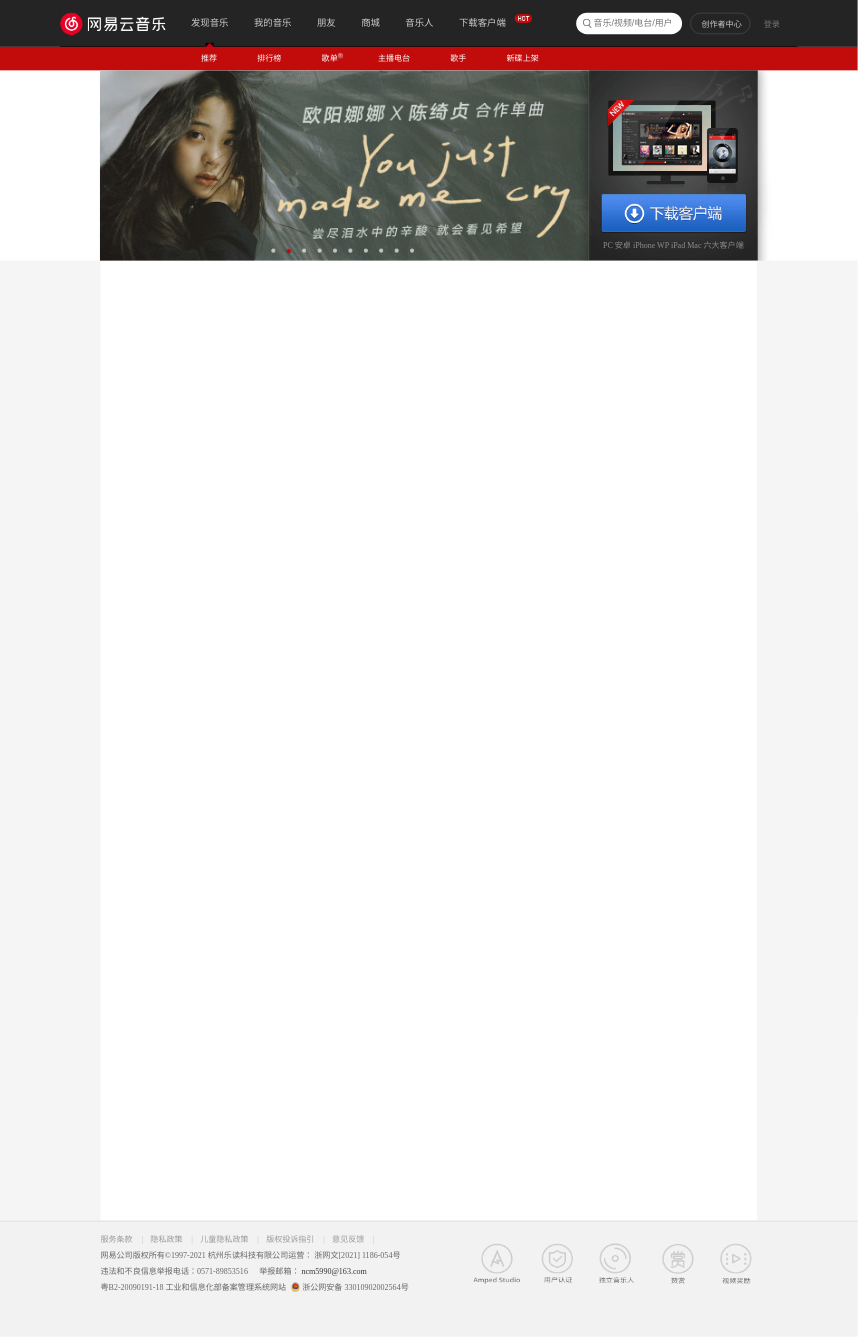
Repository: changfeng5/cat
Page: cat/index.html
The author's editor kept a copy of each file at every save. The page is drawn from the files as they stood at one save, then again after the next save.
The browser window is 1280 px wide. The pictures show the whole page, at 67% of full size.

Above is the page before, as saved 2021-05-01 00:38:53.

### cat/index.html
<!DOCTYPE html>
<html lang="en">

<head>
  <meta charset="UTF-8" />
  <meta http-equiv="X-UA-Compatible" content="IE=edge" />
  <meta name="viewport" content="width=device-width, initial-scale=1.0" />
  <title>网易云音乐</title>
  <link rel="shortcut icon" href="favicon.ico" />
  <link rel="stylesheet" href="css/style.css" />
  <script src="js/animate.js"></script>
  <script src="js/index.js"></script>
</head>

<body>
  <!-- 头部导航栏 -->
  <div class="header-wrapper">
    <!-- 导航栏 -->
    <div class="nav-wrapper">
      <div class="nav">
        <div class="logo">
          <a href="#"></a>
        </div>
        <ul>
          <li>
            <a href="#">
              <p>发现音乐</p>
              <sub></sub>
            </a>
          </li>
          <li>
            <a href="#">
              <p>我的音乐</p>
            </a>
          </li>
          <li>
            <a href="#">
              <p>朋友</p>
            </a>
          </li>
          <li>
            <a href="#">
              <p>商城</p>
            </a>
          </li>
          <li>
            <a href="#">
              <p>音乐人</p>
            </a>
          </li>
          <li class="lst">
            <a href="#">
              <p>下载客户端</p>
              <span></span>
            </a>
          </li>
        </ul>
        <div class="login">
          <a href="#">登录</a>
          <div class="inner">
            <div class="arr"></div>
          </div>
        </div>
        <div class="creator-center">
          <a href="#">创作者中心</a>
        </div>
        <div class="srch">
          <span></span>
          <input type="text" placeholder="音乐/视频/电台/用户">
        </div>
      </div>
    </div>
    <!-- 子导航栏 -->
    <div class="subnav-wrapper">
      <div class="subnav">
        <ul>
          <li>
            <a href="#">
              <p>推荐</p>
            </a>
          </li>
          <li>
            <a href="#">
              <p>排行榜</p>
            </a>
          </li>
          <li>
            <a href="#">
              <p>歌单<span></span></p>
            </a>
          </li>
          <li>
            <a href="#">
              <p>主播电台</p>
            </a>
          </li>
          <li>
            <a href="#">
              <p>歌手</p>
            </a>
          </li>
          <li>
            <a href="#">
              <p>新碟上架</p>
            </a>
          </li>
        </ul>
      </div>
    </div>
  </div>
  <!-- 推荐-轮播图 -->
  <div class="banner_wrpper">
    <div class="banner">
      <div class="banl">
        <!-- 左按钮 -->
        <a href="javascript:;" class="arrowl"></a>
        <!-- 右按钮 -->
        <a href="javascript:;" class="arrowr"></a>
        <div class="hid">
          <ul>
            <li><a href="#"><img src="images/l1.jpg" alt=""></a></li>
            <li><a href="#"><img src="images/l2.jpg" alt=""></a></li>
            <li><a href="#"><img src="images/l3.jpg" alt=""></a></li>
            <li><a href="#"><img src="images/l4.jpg" alt=""></a></li>
            <li><a href="#"><img src="images/l5.jpg" alt=""></a></li>
            <li><a href="#"><img src="images/l6.jpg" alt=""></a></li>
            <li><a href="#"><img src="images/l7.jpg" alt=""></a></li>
            <li><a href="#"><img src="images/l8.jpg" alt=""></a></li>
            <li><a href="#"><img src="images/l9.jpg" alt=""></a></li>
            <li><a href="#"><img src="images/l10.jpg" alt=""></a></li>
          </ul>
        </div>
        <!-- 小圆点 -->
        <ol>
          <li></li>
          <li></li>
          <li></li>
          <li></li>
          <li></li>
          <li></li>
          <li></li>
          <li></li>
          <li></li>
          <li></li>
        </ol>
      </div>
      <div class="banr">
        <a href="#"></a>
        <p>PC 安卓 iPhone WP iPad Mac 六大客户端</p>
        <span class="shadow_l"></span>
        <span class="shadow_r"></span>
      </div>
    </div>
  </div>

  <!-- 推荐-内容 -->
  <div class="main-wrapper">
    <div class="main">

    </div>
  </div>

  <!-- 底部 -->
  <div class="ft-wrapper">
    <div class="ft">
      <div class="copy">
        <p class="link">
          <a href="#" class="fc1">服务条款</a>
          <span class="line">|</span>
          <a href="#" class="fc1">隐私政策</a>
          <span class="line">|</span>
          <a href="#" class="fc1">儿童隐私政策</a>
          <span class="line">|</span>
          <a href="#" class="fc1">版权投诉指引</a>
          <span class="line">|</span>
          <a href="#" class="fc1">意见反馈</a>
          <span class="line">|</span>
        </p>
        <p class="fc2">
          <span>网易公司版权所有©1997-2021</span>
          <span>杭州乐读科技有限公司运营：</span>
          <a href="#">浙网文[2021] 1186-054号</a>
        </p>
        <p class="fc2">
          <span class="fc2-1">违法和不良信息举报电话：0571-89853516</span>
          <span>举报邮箱：</span>
          <a href="#" class="email">ncm5990@163.com</a>
        </p>
        <p class="fc2">
          <a href="#">粤B2-20090191-18 工业和信息化部备案管理系统网站</a>
          <a href="#">
            <span class="police-logo"></span>
            <span>浙公网安备 33010902002564号</span>
          </a>
        </p>
      </div>
      <ul>
        <li>
          <a href="#" class="ft-logo1"></a>
          <span class="ft-tt1"></span>
        </li>
        <li>
          <a href="#" class="ft-logo2"></a>
          <span class="ft-tt2"></span>
        </li>
        <li>
          <a href="#" class="ft-logo3"></a>
          <span class="ft-tt3"></span>
        </li>
        <li>
          <a href="#" class="ft-logo4"></a>
          <span class="ft-tt4"></span>
        </li>
        <li>
          <a href="#" class="ft-logo5"></a>
          <span class="ft-tt5"></span>
        </li>
      </ul>
    </div>
  </div>

  <!-- 回到顶部 -->
  <a href="#" class="back" title="回到顶部"></a>

  <!-- 底部播放条 -->
  <div class="player_w">
    <div class="player">
      <div class="updn"></div>
      <div class="bg"></div>
      <div class="hand"></div>
      <div class="player_m">

      </div>
    </div>
  </div>
</body>

</html>

### cat/css/style.css
* {
  margin: 0;
  padding: 0;
}

li {
  list-style: none;
}

a {
  text-decoration: none;
}

body {
  font-size: 12px;
  color: #333;
}

html {
  min-width: 1100px;
}

/* 主导航栏 */

.nav-wrapper {
  height: 70px;
  background: #242424;
}

.nav {
  margin: 0 auto;
  width: 1100px;
  height: 70px;
  box-sizing: border-box;
  background: #242424;
  border-bottom: 1px solid #000;
}

/* 网易云logo */
.nav .logo {
  float: left;
  width: 176px;
  height: 69px;
  background: url(../images/1.png) no-repeat;
  background-position: 0 0;
}

.nav .logo a {
  float: left;
  width: 157px;
  height: 100%;
  padding-right: 20px;
}

.nav ul li {
  float: left;
}

.nav ul li a {
  float: left;
  height: 100%;
  padding: 0 19px;
}

.nav ul li a:hover {
  background: #000;
  color: #fff;
}

.nav ul li a p {
  display: inline-block;
  height: 100%;
  line-height: 69px;
  font-size: 14px;
  color: #ccc;
}

.nav ul li sub {
  position: absolute;
  left: 50%;
  top: 64px;
  width: 12px;
  height: 7px;
  margin-left: -6px;
  overflow: hidden;
  background: url(../images/1.png) no-repeat;
  background-position: -226px 0;
}

.nav ul li {
  position: relative;
}

.nav ul .lst span {
  position: absolute;
  top: 21px;
  left: 100px;
  width: 28px;
  height: 19px;
  background: url(../images/1.png) no-repeat;
  background-position: -190px 0;
}

.nav .login {
  position: relative;
}

.nav .login a {
  float: right;
  width: 28px;
  height: 16px;
  margin: 27px 22px 0 20px;
  color: #787878;
}

.nav .login a:hover {
  color: #666;
  text-decoration: underline;
}

.nav .login .inner {
  display: none;
  position: absolute;
  top: 58px;
  right: -43px;
  width: 158px;
  background: #202020;
  border: 1px solid #202020;
}

.nav .login .inner .arr {
  position: absolute;
  top: -8px;
  left: 50%;
  width: 14px;
  height: 8px;
  margin-left: -7px;
  background: url(../images/2.png) no-repeat;
  background-position: -20px 0;
}

.nav .login:hover .inner {
  display: block;
}

.nav .creator-center a {
  float: right;
  width: 90px;
  height: 32px;
  margin: 19px 0 0 12px;
  box-sizing: border-box;
  padding-left: 16px;
  border: 1px solid #4f4f4f;
  border-radius: 20px;
  color: #ccc;
  line-height: 32px;
}

.nav .creator-center a:hover {
  border-color: #fff;
  color: #fff;
}

.nav .srch {
  float: right;
  width: 158px;
  height: 32px;
  margin-top: 19px;
  background: #fff;
  border-radius: 32px;
}

.nav .srch span {
  float: left;
  width: 26px;
  height: 32px;
  background: url(../images/1.png) no-repeat;
  background-position: 0 -99px;
}

.nav .srch input {
  float: left;
  margin-top: 8px;
  width: 126px;
  height: 16px;
  background: transparent;
  line-height: 16px;
  outline: none;
  border: 0;
}

/* 子导航栏 */
.subnav-wrapper {
  height: 35px;
  background: #c20c0c;
}

.subnav {
  margin: 0 auto;
  width: 1100px;
  height: 35px;
}

.subnav ul {
  padding-left: 180px;
}

.subnav ul li a {
  float: left;
  height: 34px;
}

.subnav ul li a p {
  position: relative;
  height: 20px;
  padding: 0 13px;
  margin: 7px 17px 0;
  border-radius: 20px;
  line-height: 20px;
  color: #fff;
}

.subnav ul li a:hover p {
  background: #9b0909;
}

.subnav ul li a span {
  position: absolute;
  top: 2px;
  width: 8px;
  height: 8px;
  background: url(../images/R.png) no-repeat;
  background-size: cover;
}

/* 推荐-轮播图 */
.banner_wrpper {
  width: 100%;
  background-size: cover;
}

.banner {
  position: relative;
  width: 982px;
  height: 284px;
  margin: 0 auto;
}

.banl {
  width: 730px;
  height: 100%;
}

.banl .hid {
  position: relative;
  overflow: hidden;
  width: 730px;
  height: 285px;
}

.banl ul {
  position: absolute;
  width: 1200%;
}

.banl ul li {
  float: left;
}

.banl img {
  width: 730px;
}

.banl > a {
  position: absolute;
  top: 50%;
  margin-top: -31px;
  width: 37px;
  height: 63px;
  background: url(../images/banner.png) no-repeat;
  z-index: 9;
}

.banl .arrowl {
  left: -68px;
  background-position: 0 -360px;
}

.banl .arrowl:hover {
  background-position: 0 -430px;
}

.banl .arrowr {
  right: -68px;
  background-position: 0 -508px;
}

.banl .arrowr:hover {
  background-position: 0 -578px;
}

.banl ol {
  position: absolute;
  top: 259px;
  left: 249px;
}

.banl ol li {
  display: inline-block;
  width: 20px;
  height: 20px;
  text-align: center;
  border-radius: 50%;
  cursor: pointer;
  background: url(../images/banner.png);
  background-position: 3px -343px;
}

.banl ol .current {
  background-position: -16px -343px;
}

.banr {
  position: absolute;
  top: 0;
  right: 0;
  width: 252px;
  height: 284px;
  background: url(../images/d.png);
}

.banr > a {
  display: block;
  width: 214px;
  height: 56px;
  margin: 185px 0 0 19px;
}

.banr > a:hover {
  background: url(../images/d.png);
  background-position: 0 -289px;
}

.banr > p {
  margin: 10px auto;
  text-align: center;
  color: #8d8d8d;
}

.banr > span {
  position: absolute;
  top: 0;
  width: 20px;
  height: 284px;
  background: url(../images/banner.png);
}

.banr .shadow_l {
  left: -20px;
  background-position: -1px 0;
}

.banr .shadow_r {
  right: -20px;
  background-position: -20px 0;
}

/* 推荐-内容 */
.main-wrapper {
  background: #f5f5f5;
}

.main {
  width: 980px;
  height: 1433px;
  margin: 0 auto;
  background: #fff;
}

/* 底部 */
.ft-wrapper {
  width: 100%;
  height: 172px;
  border-top: 1px solid #d3d3d3;
  background: #f2f2f2;
}

.ft {
  width: 980px;
  height: 100%;
  margin: 0 auto;
}

.ft .copy {
  float: left;
  width: 520px;
  padding-top: 15px;
  line-height: 24px;
}

.ft .copy .fc1 {
  color: #999;
}

.ft .copy .line {
  margin: 0 8px 0 10px;
  color: #c2c2c2;
}

.ft .copy .fc2 {
  color: #666;
}

.ft .copy .fc2 a {
  color: #666;
}

.ft .copy .fc2-1 {
  margin-right: 14px;
}

.ft .copy .fc2 .email {
  color: #333;
}

.ft .copy .fc2 .police-logo {
  display: inline-block;
  width: 14px;
  height: 14px;
  margin-left: 4px;
  vertical-align: -2px;
  background: url(../images/police.png) no-repeat;
  background-size: cover;
}

.ft .copy a:hover {
  text-decoration: underline;
}

.ft ul {
  float: right;
  width: 420px;
  margin-top: 33px;
}

.ft ul li {
  float: left;
  width: 60px;
  height: 70px;
  margin-left: 30px;
  color: #666;
}

.ft ul li:first-child {
  margin-left: 0;
}

.ft ul li a {
  display: block;
  width: 50px;
  height: 45px;
  margin: 0 auto;
  background: url(../images/footer-enter.png) no-repeat;
  background-size: 110px 552px;
}

.ft ul li .ft-logo1 {
  background-position: -60px -456.5px;
}

.ft ul li .ft-logo2 {
  background-position: -60px -101px;
}

.ft ul li .ft-logo3 {
  background-position: 0 0;
}

.ft ul li .ft-logo4 {
  background-position: -60px -50px;
}

.ft ul li .ft-logo5 {
  background-position: 0 -101px;
}

.ft ul li span {
  float: right;
  margin-top: 5px;
  width: 52px;
  height: 14px;
  background: url(../images/foot-enter-tt.png) no-repeat;
  background-size: 180px 139px;
}

.ft ul li .ft-tt1 {
  margin-right: -8px;
  width: 72px;
  background-position: 0 -108px;
}

.ft ul li .ft-tt2 {
  background-position: -1px -91px;
}

.ft ul li .ft-tt3 {
  margin-right: 4px;
  background-position: 0 0;
}

.ft ul li .ft-tt4 {
  margin-right: 2px;
  background-position: 0 -54px;
}

.ft ul li .ft-tt5 {
  margin-right: 4px;
  background-position: -1px -72px;
}

/* 回到顶部 */
.back {
  display: none;
  position: fixed;
  left: 50%;
  margin-left: 500px;
  bottom: 160px;
  width: 49px;
  height: 44px;
  background: url(../images/sprite1.png) no-repeat;
  background-position: -265px -47px;
}

/* 底部播放条 */
/* .player_w {
  position: fixed;
  bottom: 0;
  left: 0;
  right: 0;
  height: 0;
  width: 100%;
} */

.player {
  position: absolute;
  zoom: 1;
  top: -53px;
  left: 0;
  width: 100%;
  height: 53px;
  margin: 0 auto;
  background: #000;
}

### cat/js/animate.js
function animate(obj, target, callback) {
    // console.log(callback);  callback = function() {}  调用的时候 callback()
    clearInterval(obj.timer);
    obj.timer = setInterval(function () {
        // 缓慢效果
        var step = (target - obj.offsetLeft) / 10;
        // 避免出现精度问题，正数取小，负数取大
        step = step > 0 ? Math.ceil(step) : Math.floor(step);
        if (obj.offsetLeft == target) {
            // 停止动画即停止定时器
            clearInterval(obj.timer);
            // 回调函数
            // 另一种方法callback && callback();
            if (callback) {
                callback();
            }
        }
        obj.style.left = obj.offsetLeft + step + 'px';
    }, 15);
}

### cat/js/index.js
window.addEventListener('load', function () {
    // 轮播图
    var banl = document.querySelector('.banl');
    var ul = banl.querySelector('ul');
    var ol = banl.querySelector('ol');
    var banlWidth = banl.offsetWidth;
    for (var i = 0; i < ol.children.length; i++) {
        ol.children[i].setAttribute('index', i);
        ol.children[i].addEventListener('click', function () {
            for (var i = 0; i < ol.children.length; i++) {
                ol.children[i].className = '';
            }
            this.className = 'current';
            // 点击小圆圈，移动图片
            var index = this.getAttribute('index');
            // 要联立num与index与circle，防止播放顺序出错
            num = index;
            circle = index;
            animate(ul, -index * banlWidth);
            var x = parseInt(index) + 1;
            var banner_wrpper = document.querySelector('.banner_wrpper');
            banner_wrpper.style.backgroundImage = 'url(images/l' + x + '-' + x + '.jpg)';
        })
    }
    // 把ul里面的第一个小li设置类名为 current 默认刷新第一张
    ol.children[0].className = 'current';
    // 克隆第一张图片(li)放到ul 最后面
    var first = ul.children[0].cloneNode(true);
    ul.appendChild(first);
    // 右侧按钮
    var arrowl = banl.querySelector('.arrowl');
    var arrowr = banl.querySelector('.arrowr');
    // num最后一点跳回第一点
    var num = 0;
    // circle 控制小圆圈的播放
    var circle = 0;
    arrowr.addEventListener('click', function () {
        // 图片临界跳到另一边
        if (num == ul.children.length - 1) {
            ul.style.left = 0;
            num = 0;
        }

        // num要放在animate前面
        num++;
        animate(ul, -num * banlWidth);
        circle++;
        // 判断跳为小圆点回第一个点(circle %= ol.children.length;这样写也行)
        circle = circle == ol.children.length ? 0 : circle;
        circleChange();
    })
    // 左侧按钮
    arrowl.addEventListener('click', function () {
        flag = false;
        // 图片临界跳到另一边
        if (num == 0) {
            num = ul.children.length - 1;
            ul.style.left = -num * banlWidth + 'px';
        }
        num--;
        // num要放在animate前面
        animate(ul, -num * banlWidth);
        circle--;
        // 判断跳为小圆点最后一个点(circle %= ol.children.length;这样写也行)
        circle = circle < 0 ? ol.children.length - 1 : circle;
        circleChange();
    })
    function circleChange() {
        // 先清除其余小圆圈的current类名
        for (var i = 0; i < ol.children.length; i++) {
            ol.children[i].className = '';
        }
        // 留下当前的小圆圈的current类名
        ol.children[circle].className = 'current';
    }

    // 自动播放轮播图
    var hid = banl.querySelector('.hid');
    var intval = null;  //定义计时器对象
    var start = function () {
        intval = setInterval(function () {
            //手动调用点击事件
            arrowr.click();
        }, 3000)
    }
    start();
    // 鼠标经过暂停
    hid.addEventListener('mouseover', function () {
        clearInterval(intval);
    })
    hid.addEventListener('mouseout', function () {
        start();
    })


    // 返回顶部
    var back = document.querySelector('.back');
    document.addEventListener('scroll', function () {
        if (window.pageYOffset > 0) {
            back.style.display = 'block';
        } else {
            back.style.display = 'none';
        }
    })
})

After the next save:
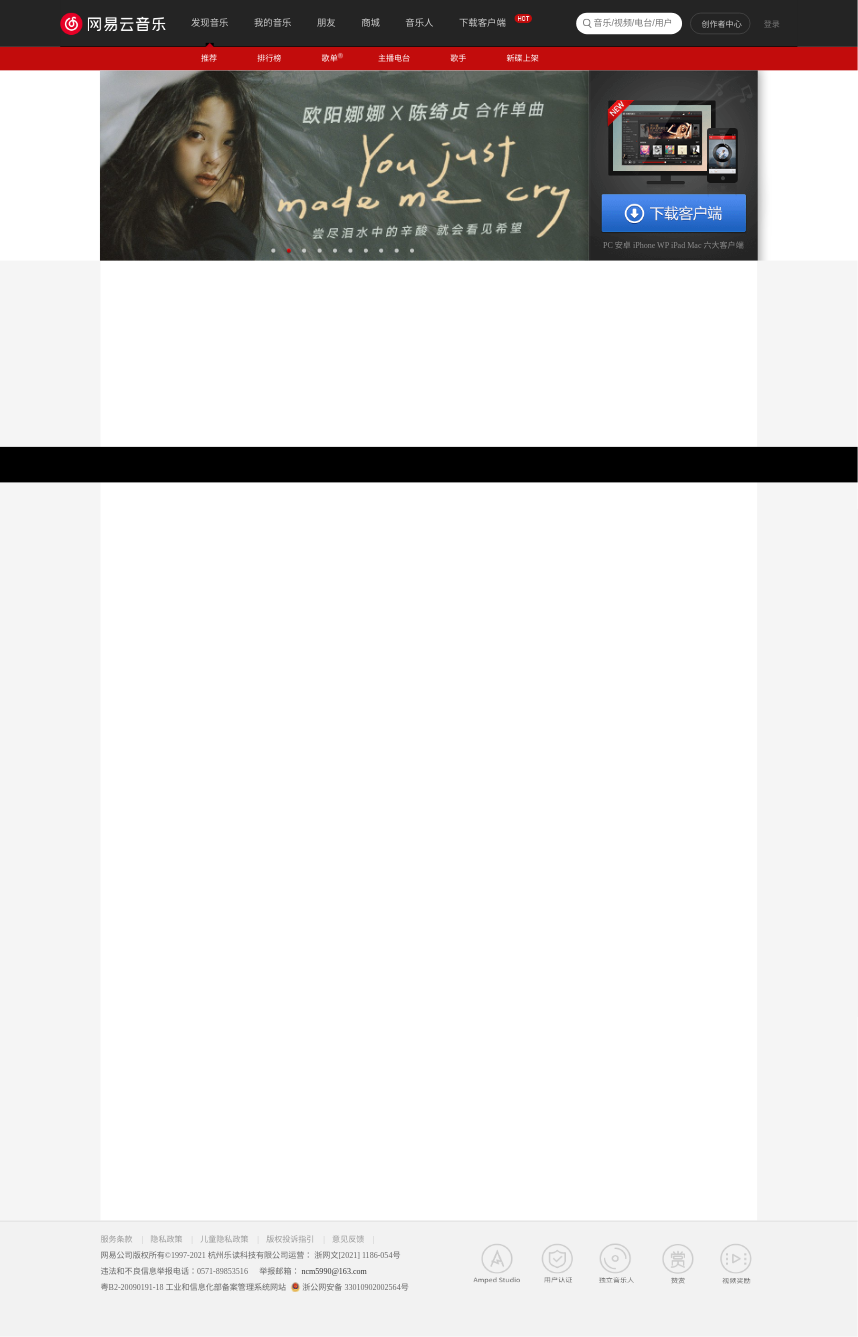
Saved 15 s later.
--- a/cat/css/style.css
+++ b/cat/css/style.css
@@ -532,14 +532,14 @@
 }
 
 /* 底部播放条 */
-/* .player_w {
+.player_w {
   position: fixed;
   bottom: 0;
   left: 0;
   right: 0;
   height: 0;
   width: 100%;
-} */
+}
 
 .player {
   position: absolute;
